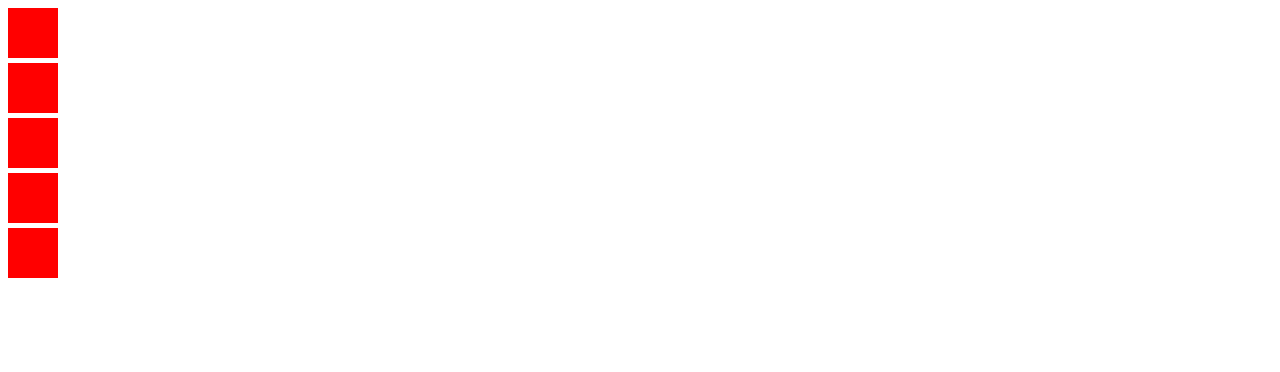
Repository: batonAnton/cursor_hw_10
Page: index.html
An editor plug-in stored every save of this project. The page is shown before and after the next save, followed by the edit.
The browser window is 1280 px wide. The pictures show the whole page.

Above is the page before, as saved 2023-01-31 11:04:33.

After the next save:
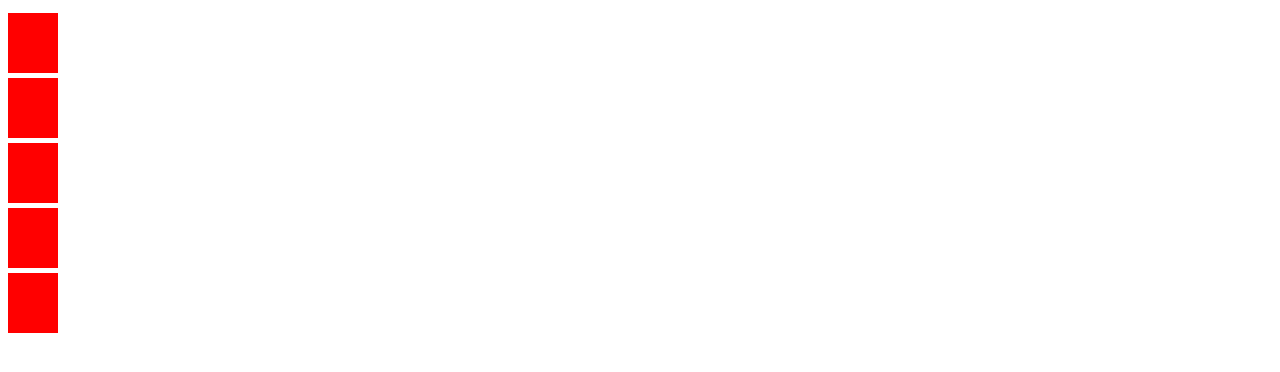
Saved 35 s later.
--- a/css/style.css
+++ b/css/style.css
@@ -1,6 +1,12 @@
+.container{
+    display: flex;
+    justify-content: center;
+
+}
 .box{
     width: 50px;
     height: 50px;
     background-color: red;
     margin: 5px 0;
+    padding: 5px 0;
 }
